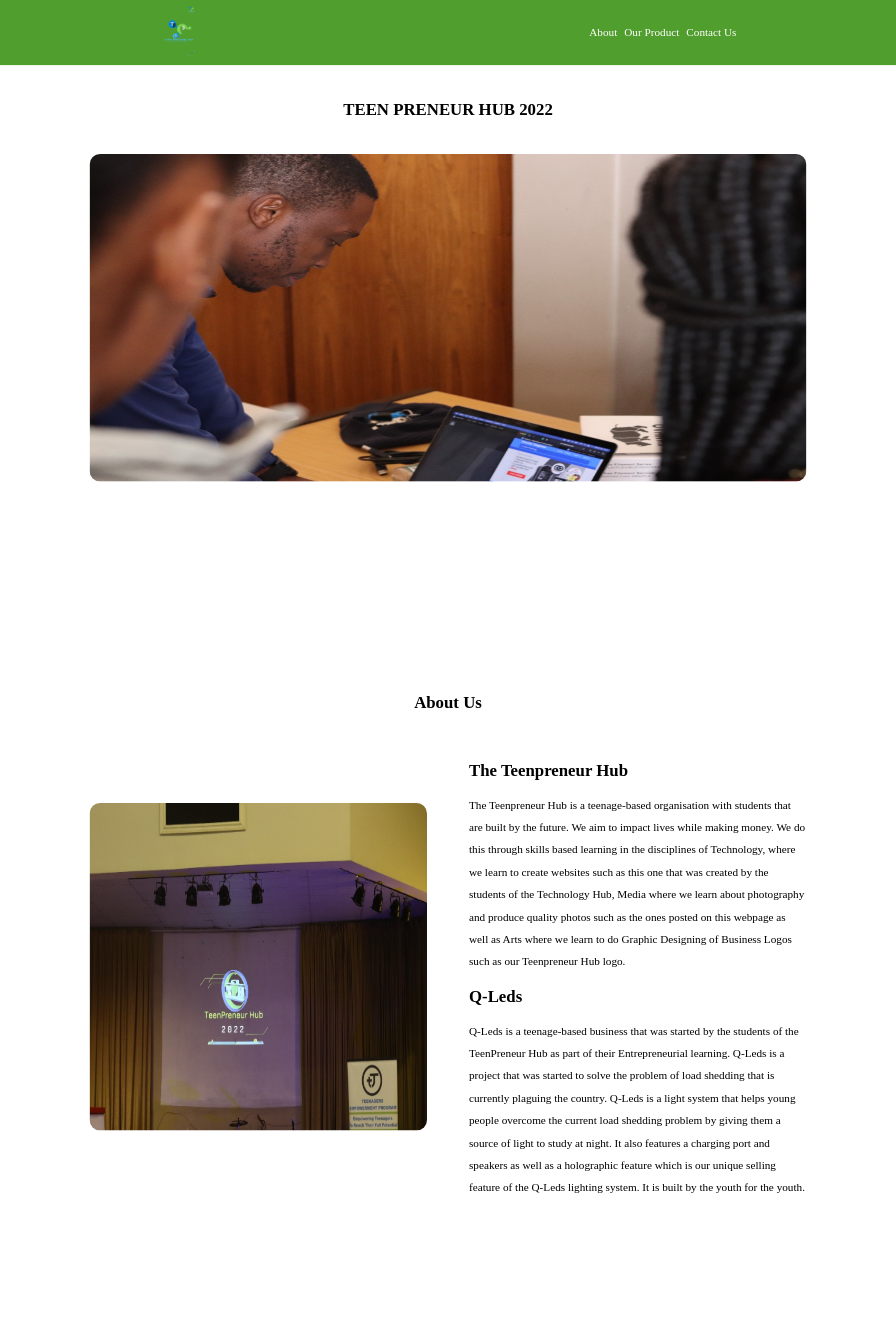
Repository: chadrackkyungu/4-BCT-TPH-Website
Page: index.html
An editor plug-in stored every save of this project. The page is shown before and after the next save, followed by the edit.
The browser window is 1280 px wide. The pictures show the part of the page from y = 0 to 1920 px (the page is 3630 px tall), at 70% of full size.

Above is the page before, as saved 2022-10-21 09:39:22.

### index.html
<!DOCTYPE html>
<html lang="en">

<head>
    <meta charset="UTF-8">
    <meta http-equiv="X-UA-Compatible" content="IE=edge">
    <meta name="viewport" content="width=device-width, initial-scale=1.0">
    <title> TPH LAB </title>
    <link rel="stylesheet" href="/src/css/style.css">
</head>

<body>

    <div class="navigation">
        <div class="logocontainer">
            <img class="image1" src="./src/images/logo.png" alt="">
        </div>

        <ul class="nav-link">
            <a href="#about">
                <li>About</li>
            </a>
            <a href="#product">
                <li>Our Product</li>
            </a>
            <a href="#contact">
                <li>Contact Us</li>
            </a>
        </ul>
    </div>

    <div class="section1">
        <h2 class="title"> TEEN PRENEUR HUB 2022</h2>

        <div class="image-container">
            <img src="./src/images/img-2.jpeg" alt="">
        </div>
    </div>

    <div class="section1">
        <a id="about">
            <h2 class="title"> About Us</h2>
        </a>

        <div class="aboutcontainer">
            <div class="image-container">
                <img src="./src/images/img-4.jpeg" alt="">
            </div>


            <div class="contentcontainer">
                <h2>The Teenpreneur Hub</h2>

                <p>The Teenpreneur Hub is a teenage-based organisation with students that are built by the future. We aim to impact lives while making money. We do this through skills based learning in the disciplines of Technology, where we learn to create
                    websites such as this one that was created by the students of the Technology Hub, Media where we learn about photography and produce quality photos such as the ones posted on this webpage as well as Arts where we learn to do Graphic
                    Designing of Business Logos such as our Teenpreneur Hub logo.</p>

                <h2>Q-Leds</h2>

                <p>Q-Leds is a teenage-based business that was started by the students of the TeenPreneur Hub as part of their Entrepreneurial learning. Q-Leds is a project that was started to solve the problem of load shedding that is currently plaguing
                    the country. Q-Leds is a light system that helps young people overcome the current load shedding problem by giving them a source of light to study at night. It also features a charging port and speakers as well as a holographic feature
                    which is our unique selling feature of the Q-Leds lighting system. It is built by the youth for the youth.
                </p>

            </div>

        </div>
    </div>

    <div class="section1">
        <a id="product">
            <h2 class="title">Our Product</h2>
        </a>


        <div class="productcontainer">
            <div class="prductimagecontainer">
                <img src="./src/images/img-4.jpeg" alt="">
            </div>
            <div class="prductimagecontainer">
                <img src="./src/images/img-5.jpeg" alt="">
            </div>
            <div class="prductimagecontainer">
                <img src="./src/images/img-6.jpeg" alt="">
            </div>
            <div class="prductimagecontainer">
                <img src="./src/images/img-7.jpeg" alt="">
            </div>
            <div class="prductimagecontainer">
                <img src="./src/images/img-8.jpeg" alt="">
            </div>
            <div class="prductimagecontainer">
                <img src="./src/images/img-9.jpeg" alt="">
            </div>

        </div>
    </div>


    <div class="section1">
        <a id="product">
            <h2 class="title">Meet Our Team</h2>
        </a>

        <div class="teamcontainer">
            <div class="prductimagecontainer">
                <img src="./src/images/img-4.jpeg" alt="">
            </div>
            <div class="prductimagecontainer">
                <img src="./src/images/img-5.jpeg" alt="">
            </div>
            <div class="prductimagecontainer">
                <img src="./src/images/img-6.jpeg" alt="">
            </div>
        </div>
    </div>

    <div class="section1">
        <a id="contact">
            <h2 class="title"> Contact Us</h2>
        </a>

        <div class="contactcontainer">
            <div class="contactcontent">
                <P>Address: 52 Fife Avenue, Berea, Johannesburg, 2198</P>
                <p>Contact us on: 063 397 3539</p>
                <p>Email us on: mashudu@teenagers.org.za</p>
                <p><a href="https://teenagers.org.za/" target=" "> Website: www.teenagers.org.za </a></p>
                <p>Facebook: Teenagers Empowerment Program</p>
                <p>Instagram: @teenagersza</p>
            </div>
        </div>
    </div>

    <div class="navigation">
        <ul class="nav-link">
            <a href="#about">
                <li>About</li>
            </a>
            <a href="#product">
                <li>Our Product</li>
            </a>
            <a href="#contact">
                <li>Contact Us</li>
            </a>
        </ul>
    </div>
</body>
<html>

### src/css/style.css
html,
body {
    box-sizing: 0;
    margin: 0;
    padding: 0;
}

p {
    line-height: 2em;
}


/* NAVBAR */

.navigation {
    background-color: #509e2e;
    display: flex;
    justify-content: space-around;
    align-items: center;
}

.image1 {
    width: 100px;
}

.nav-link {
    display: flex;
}

.nav-link li {
    list-style-type: none;
    padding: 5px;
    color: white;
}

.nav-link a {
    text-decoration: none !important;
}


/* SECTION 1 */

.section1 {
    width: 80%;
    margin: 0 auto;
}

img {
    border-radius: 15px;
}

.title {
    text-align: center;
    margin-bottom: 50px;
    margin-top: 50px;
}

.image-container {
    width: 100%;
    height: 100vh;
}

.image-container img {
    width: 100%;
    height: 65% !important;
}

.aboutcontainer {
    display: flex;
    justify-content: space-between;
    /* align-items: center; */
    /* border: 5px solid red; */
}

.aboutcontainer .image-container {
    margin-top: 5em;
}

.contentcontainer {
    margin-left: 60px;
    width: 100%;
    /* border: 5px solid #00ff2a; */
}

.productcontainer {
    display: grid;
    grid-template-columns: 1fr 1fr 1fr;
    gap: 20px;
    margin-bottom: 10em;
}

.teamcontainer {
    display: grid;
    grid-template-columns: 1fr 1fr 1fr;
    gap: 20px;
    margin-top: 6em;
    margin-bottom: 10em;
}

.prductimagecontainer {
    width: 100%;
}

.prductimagecontainer img {
    width: 100%;
}

.contactcontainer {
    display: flex;
    justify-content: center;
    align-items: center;
    margin-bottom: 4em;
}

.contactcontent {
    margin: auto 0;
    text-align: center;
}

.logocontainer {
    width: 10%;
}

.logocontainer img {
    width: 50%;
    border-radius: 100%;
}

After the next save:
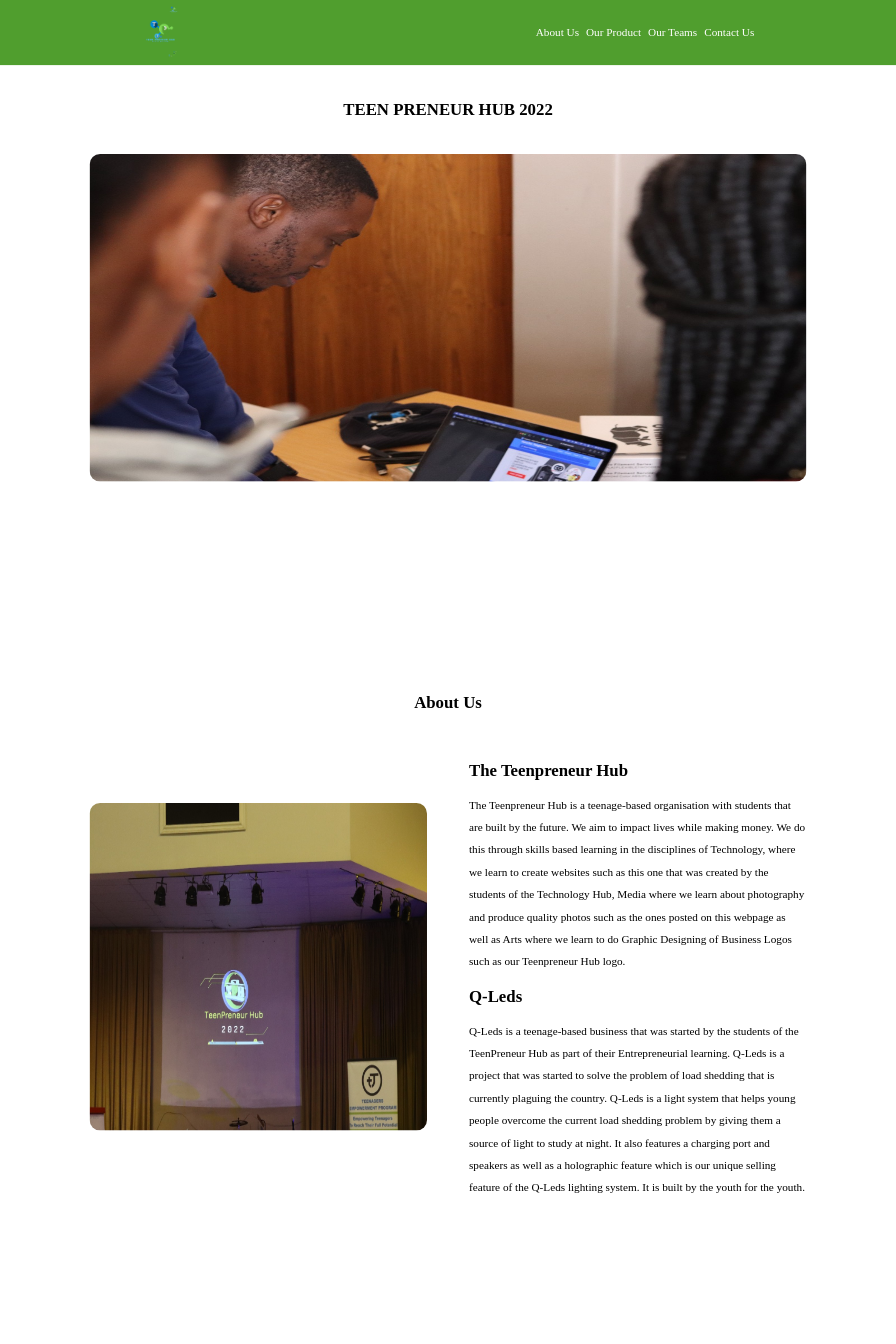
Saved 76 s later.
--- a/index.html
+++ b/index.html
@@ -18,11 +18,16 @@
 
         <ul class="nav-link">
             <a href="#about">
-                <li>About</li>
+                <li>About Us</li>
             </a>
             <a href="#product">
                 <li>Our Product</li>
             </a>
+
+            <a href="#teams">
+                <li>Our Teams</li>
+            </a>
+
             <a href="#contact">
                 <li>Contact Us</li>
             </a>
@@ -98,7 +103,7 @@
 
 
     <div class="section1">
-        <a id="product">
+        <a id="teams">
             <h2 class="title">Meet Our Team</h2>
         </a>
 
